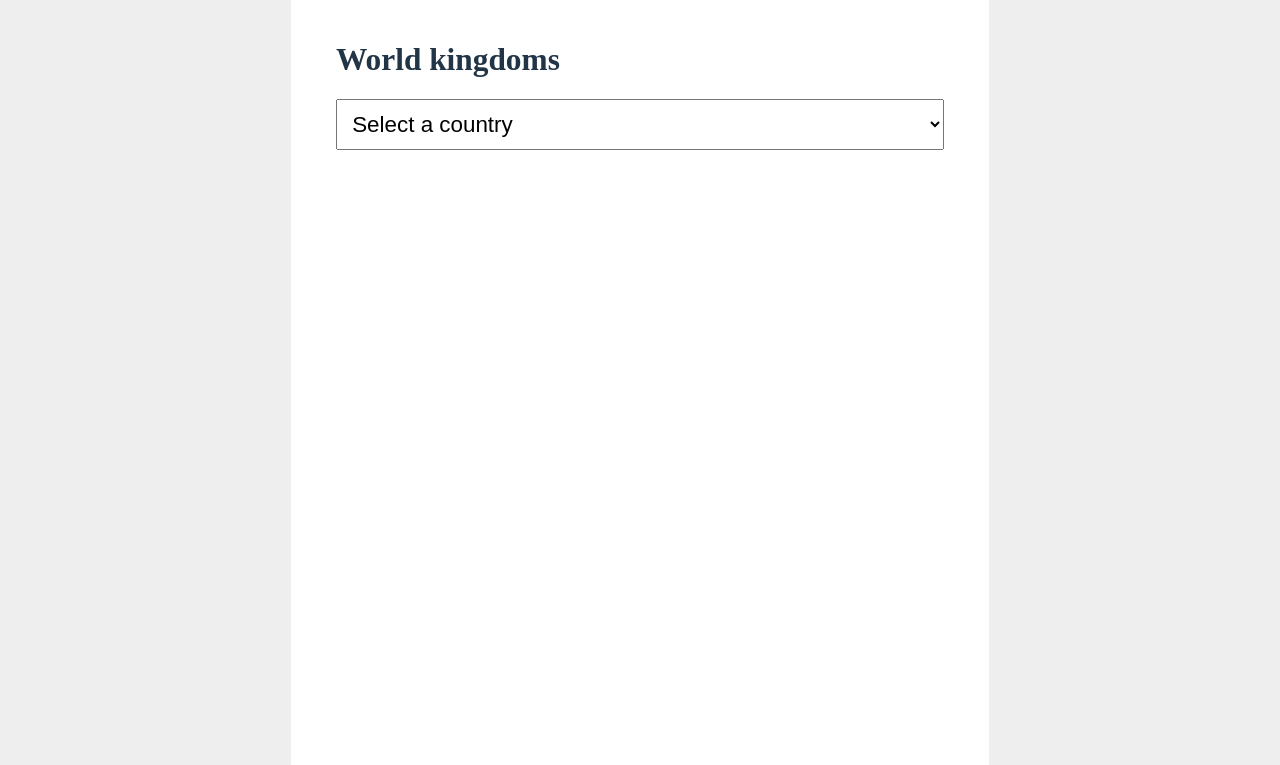
Repository: SamanthaYan298/my_world_kingdoms
Page: /
These files come from the project's save history. The page is drawn as it stood at one moment and after the next save; the edit follows.
The browser window is 1280 px wide. The pictures show the whole page.
The page's requests for data from a server got no answer. The project was rebuilt for these pictures with package versions that can differ from the ones it lists, and the page was loaded fresh each time. No one was signed in, and anything a server would have sent is missing. Also part of the build but not shown: vite.config.js.

Above is the page before, as saved 2024-11-20 18:34:23.

### src/App.jsx
import { useEffect, useState } from 'react'
import './App.css'
import Countries from '../components/Countries';

function App() {

  const [query, setQuery] = useState('');
  const [countries, setCountries] = useState([]);
  const [fetchStatus, setFetchStatus] = useState('idle');

  // load data on mount - only load once
  useEffect(() => {
    const url = ` https://restcountries.com/v3.1/name/kingdom`;

    async function fetchData() {
      let response, data;
      try{
        setFetchStatus('loading');
        response = await fetch(url);
        data = await response.json();
        setCountries(data);
        setFetchStatus('idle');
      } catch(e) {
        setFetchStatus('error');
        console.error(e.message);
      }
    }

    fetchData();

  }, [query]);

  let filteredCountries = [...countries];

  return (
    <>
    <div className='countries'>
      <h1>World kingdoms</h1>
      <select id="countries">
      <option>Select a country</option>
        <option value="NO">Norway</option>
        <option value="TO">Tonga</option>
        <option value="LS">Lesotho</option>
        <option value="SE">Sweden</option>
        <option value="SZ">Eswatini</option>
        <option value="MA">Morocco</option>
        <option value="BT">Bhutan</option>
        <option value="JO">Jordan</option>
        <option value="NL">Netherlands</option>
        <option value="SA">Saudi Arabia</option>
        <option value="DK">Denmark</option>
        <option value="BH">Bahrain</option>
        <option value="BE">Belgium</option>
        <option value="ES">Spain</option>
        <option value="KH">Cambodia</option>
        <option value="GB">United Kingdom</option>
        <option value="TH">Thailand</option>
      </select>
      <Countries countries={filteredCountries} />
    </div>

    </>
  )
}

export default App

### src/App.css
#root {
  width: 100%;
  height: 100%;
  margin: 0 auto;
  padding: 0 2rem;
  text-align: center;
  background-color: #eee;
  font-family: "DM Serif Text", serif;
  font-weight: 400;
  font-style: normal;
}

h1 {
  display: block;
  margin-block-start: 0.67em;
  margin-block-end: 0.67em;
  margin-inline-start: 0px;
  margin-inline-end: 0px;
  font-weight: bold;
  unicode-bidi: isolate;
  text-align: left;
  font-size: 1.4em;
}

.countries {
  width: 50%;
  background: #fff;
  margin: 0 auto;
  padding: 1em 2em;
  height: 100vh;
  text-align: left;
  font-size: 1.4em;
}

img {
  width: 50%;
}

p {
  padding: 0;
}

select {
  font-size: 1em;
  padding: .5em;
  display: inline-block;
  width: 100%;
}

### components/Countries.jsx
import '../src/App.css'

function Countries({ countries }) {

    return (
      <div className='outer-container'>
        {countries.map((country, index) => (
            <div key={index} className='cards-container'>
              <h1>{country.name.official}</h1>
              <img src={country.flags.png} alt={`Flag of ${country.name.common}`} />
              <h4 className='name'>{country.name.common}</h4>
              <div className='country-info'>
                <p>
                  <span><strong>Capital: </strong></span>
                  <span>{country.capital}</span>
                </p>
                <p>
                  <span><strong>Location in: </strong></span>
                  <span className='borders'>{country.subregion}</span>
                </p>
              </div>
            </div>
          ))}
      </div>
    );
  }

  export default Countries;

Loaded but not shown: index.html (common file); src/main.jsx (common file); src/index.css (common file)

After the next save:
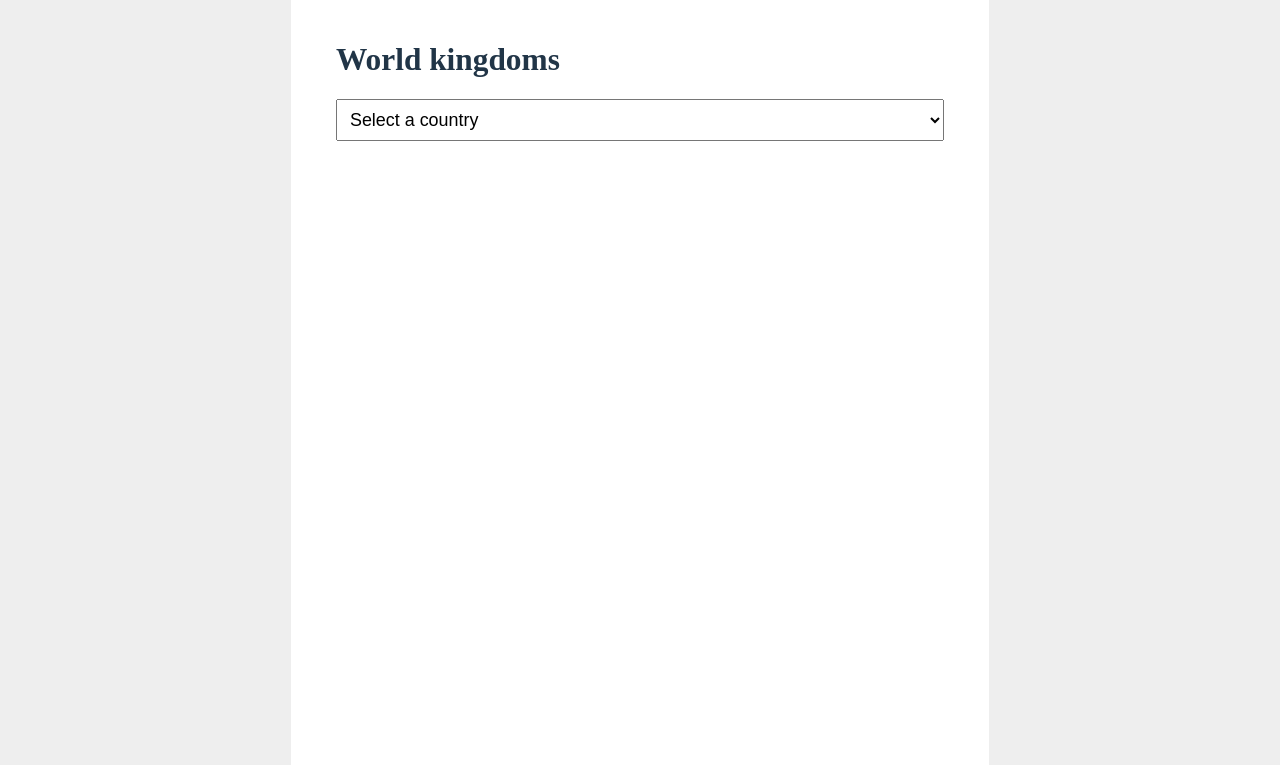
Saved 13 s later.
--- a/src/App.css
+++ b/src/App.css
@@ -41,7 +41,7 @@ p {
 }
 
 select {
-  font-size: 1em;
+  font-size: 0.8em;
   padding: .5em;
   display: inline-block;
   width: 100%;
